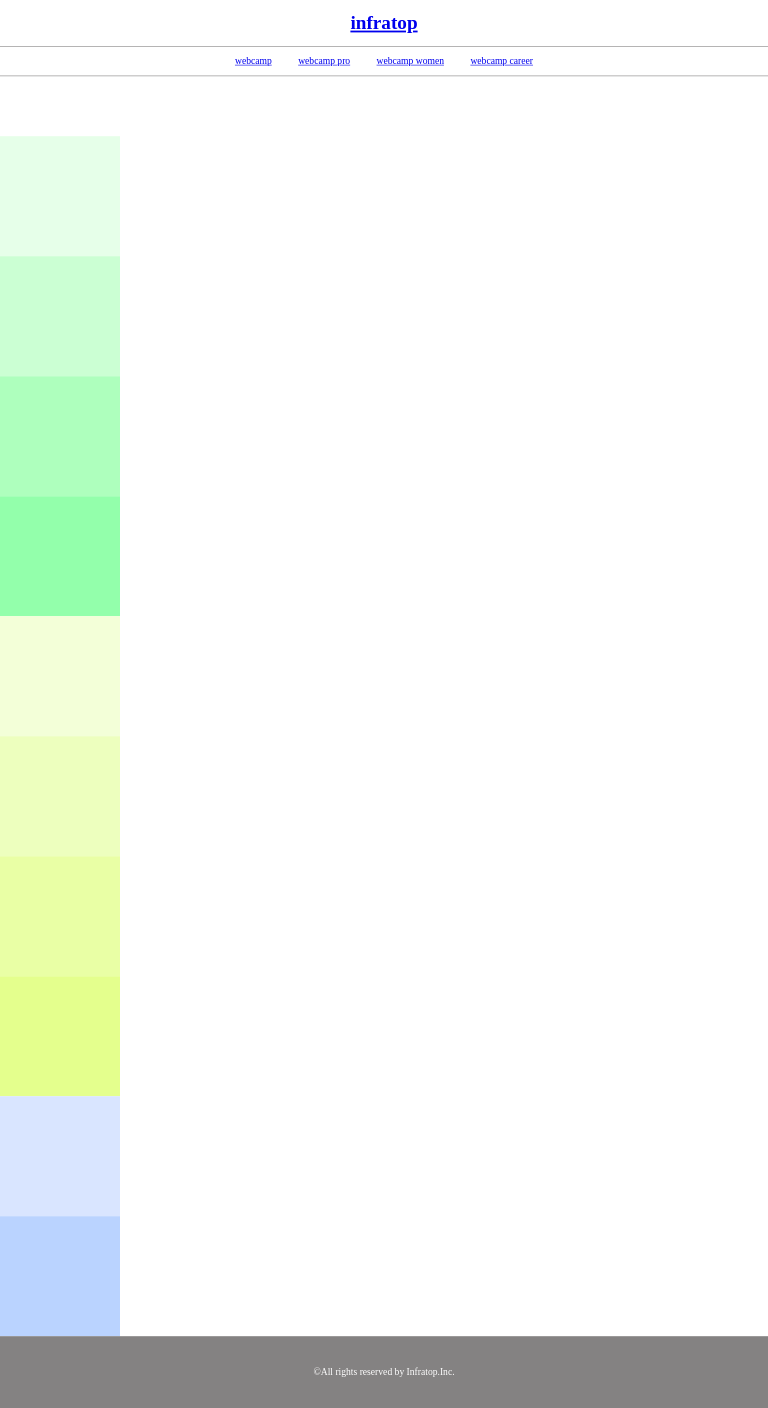
Repository: pooh0721/-
Page: chapter5/index.html
The author's editor kept a record of every edit. The page is drawn from the files as they stood at one moment, then again after the next edit.
The browser window is 1280 px wide. The pictures show the whole page, at 60% of full size.

Above is the page before.

### chapter5/index.html
<!DOCTYPE html>
<html lang="ja">
  <head>
    <meta charset="UTF-8" />
    <!-- CSSファイルの読み込み -->
    <link rel="stylesheet" href="style.css" />
    <title>CARAVAN</title>
  <head>
    <body>
      <header>
        <h1 class="heading">
          <a href="index.html">infratop
          </a>
        </h1>
      </header>
      <nav>
        <ul class="nav-list">
          <li class="nav-list-item">
            <a href="index.html" >webcamp</a>
          </li>
           <li class="nav-list-item">
            <a href="index.html" >webcamp pro</a>
          </li>
           <li class="nav-list-item">
            <a href="index.html" >webcamp women</a>
          </li>
           <li class="nav-list-item">
            <a href="index.html" >webcamp career</a>
          </li>


        </ul>
      </nav>
      <div class="main"></div>

      <div class="box1"></div>

      <div class="box2"></div>

      <div class="box3"></div>

      <div class="box4"></div>

      <div class="box5"></div>

      <div class="box6"></div>

      <div class="box7"></div>

      <div class="box8"></div>

      <div class="box9"></div>

      <div class="box10"></div>

      <div class="box"></div>

      <div class="box"></div>


      <footer>
        <p class="footer-text"> ©All rights reserved by Infratop.Inc.</p>
      </footer>
    </body>



  <html>

### chapter5/style.css
* {
  margin: 0;
  padding: 0;
  box-sizing: border-box;
}

header {
  width: 100%; /* 横幅90% */
  padding: 20px 0;
  margin: 0 auto;
  text-align: center;
}


.nav-list {
  text-align: center;
  padding:15px ;
   margin: 0 auto;
  border-bottom: 1px solid #848282;
  border-top: 1px solid #848282;
  }

.nav-list-item {
  list-style: none;
  display: inline-block;
  margin: 0 20px;
}

.main {
  width: 800px;
  margin: 50px auto;
  display: flex;
  flex-wrap: wrap;

}

.box1 {
  width: 200px;
  height: 200px;
  background-color: #e6ffe9;
}

.box2 {
  width: 200px;
  height: 200px;
  background-color: #cbffd3;
}

.box3 {
  width: 200px;
  height: 200px;
  background-color: #aeffbd;
}

.box4 {
  width: 200px;
  height: 200px;
  background-color: #93ffab;
}

.box5 {
  width: 200px;
  height: 200px;
  background-color: #f3ffd8;
}

.box6 {
  width: 200px;
  height: 200px;
  background-color: #edffbe;
}

.box7 {
  width: 200px;
  height: 200px;
  background-color: #e9ffa5;
}

.box8 {
  width: 200px;
  height: 200px;
  background-color: #e4ff8d;
}

.box9 {
  width: 200px;
  height: 200px;
  background-color: #d9e5ff;
}

.box10 {
  width: 200px;
  height: 200px;
  background-color: #bad3ff;
}

.box11 {
  width: 200px;
  height: 200px;
  background-color: #a4c6ff;
}

.box12 {
  width: 200px;
  height: 200px;
  background-color: #8eb8ff;
}

footer {
  width: 100%;
  height: 120px;
  text-align: center;
  line-height: 120px;
  background-color: #848282;
}


footer {
  width: 100%;
  height: 120px;
  text-align: center;
  line-height: 120px;
  background-color: #848282;
}

.footer-text {
  color: #fff;
}

After the next edit:
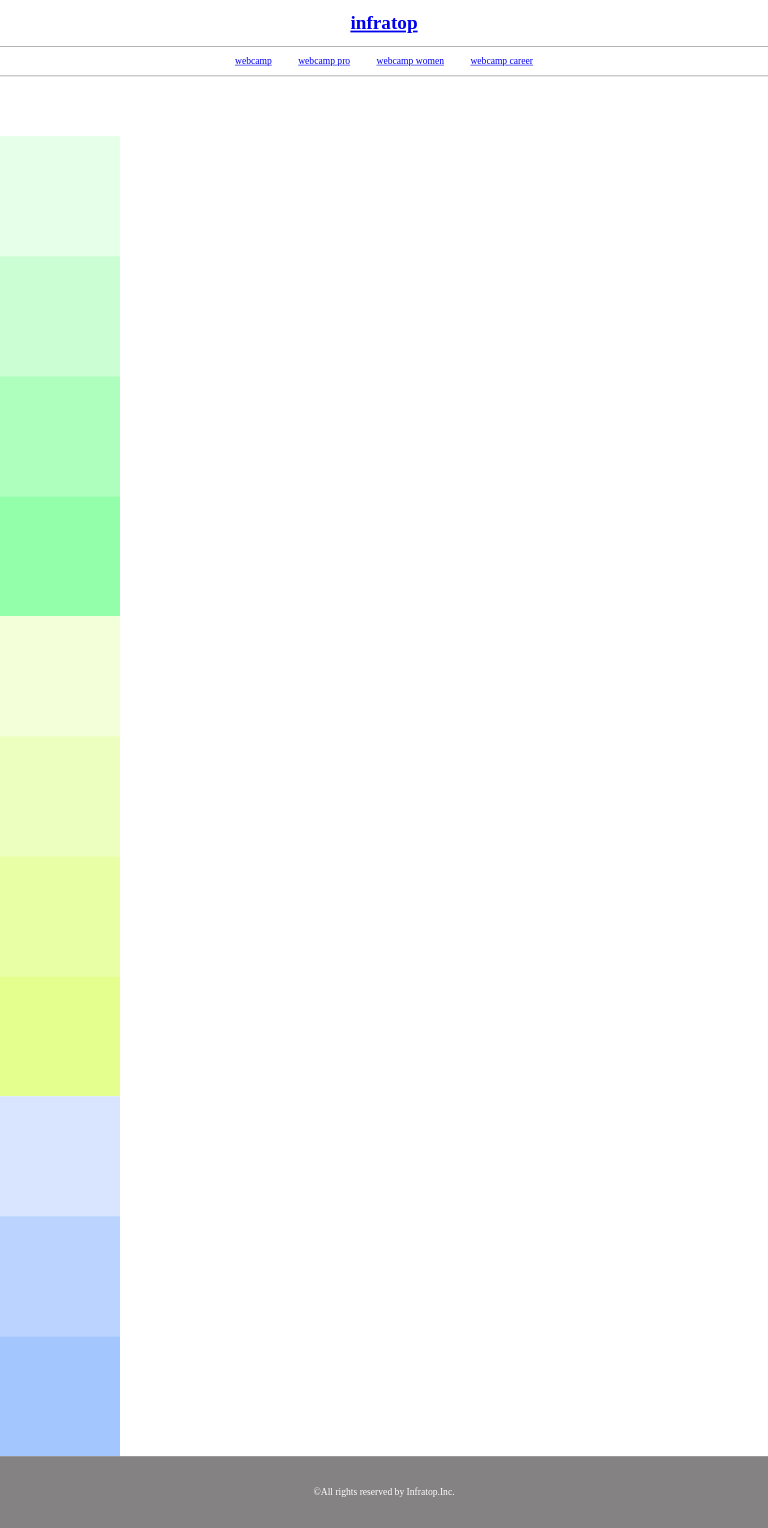
The edit:
--- a/chapter5/index.html
+++ b/chapter5/index.html
@@ -53,7 +53,7 @@
 
       <div class="box10"></div>
 
-      <div class="box"></div>
+      <div class="box11"></div>
 
       <div class="box"></div>
 
